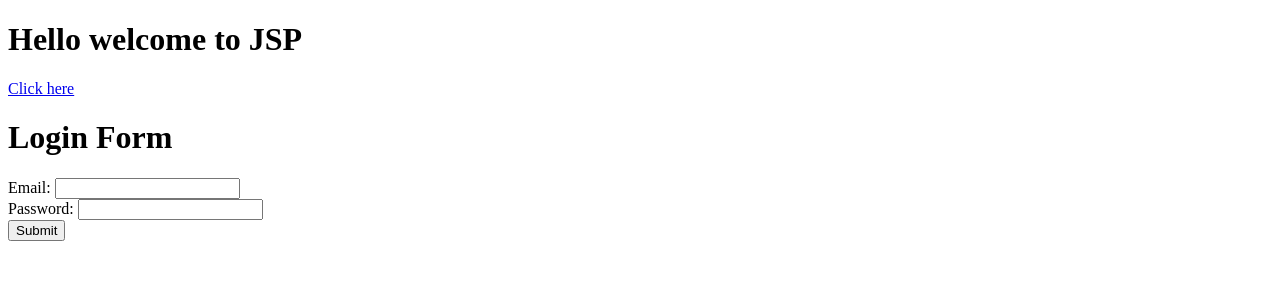
Repository: gauravrathod802/Java-Servlet
Page: http://localhost/MyFirstProject/
An editor plug-in stored every save of this project. The page is shown before and after the next save, followed by the edit.
The browser window is 1280 px wide. The pictures show the whole page.
The page is served by Tomcat 9. Other server files are loaded and not shown.

Above is the page before, as saved 2024-01-08 12:21:44.

### MyFirstProject/WebContent/index.jsp
<%@ page language="java" contentType="text/html; charset=ISO-8859-1"
    pageEncoding="ISO-8859-1"%>
<!DOCTYPE html>
<html>
<head>
<meta charset="ISO-8859-1">
<title>Java Servlet</title>
</head>
<body>
<h1>Hello welcome to JSP</h1>
<a href="MyServlet" >Click here</a>

<h1>Login Form</h1>
<form>
<label>Email:</label>
<input type="email"><br>
<label>Password:</label>
<input type="password"><br>
<input type="submit">
</form>
</body>
</html>

After the next save:
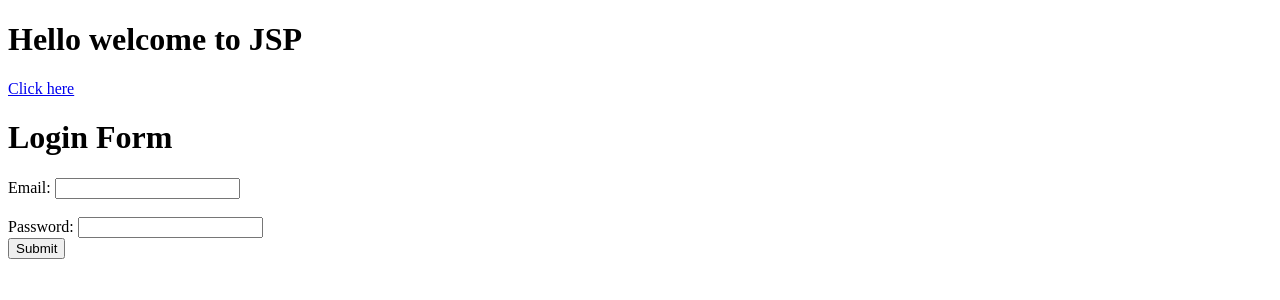
Saved 83 s later.
--- a/MyFirstProject/WebContent/index.jsp
+++ b/MyFirstProject/WebContent/index.jsp
@@ -13,7 +13,7 @@
 <h1>Login Form</h1>
 <form>
 <label>Email:</label>
-<input type="email"><br>
+<input type="email"><br><br>
 <label>Password:</label>
 <input type="password"><br>
 <input type="submit">
